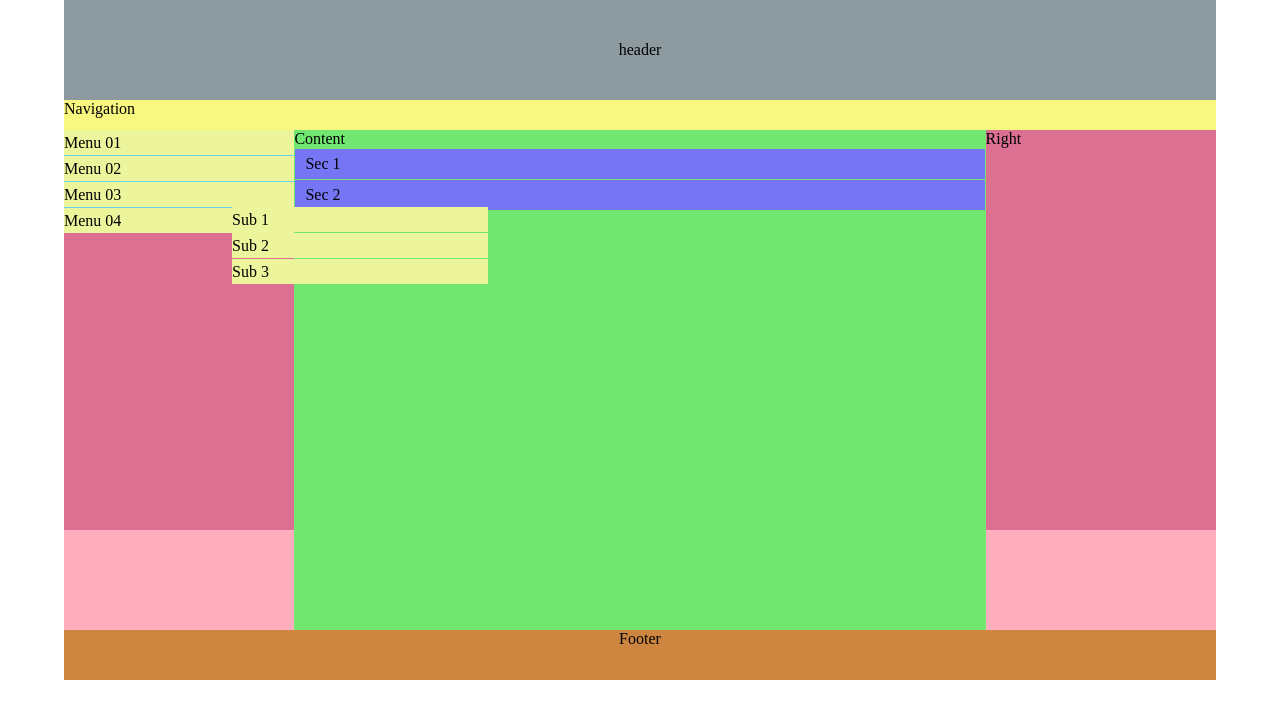
Repository: cvTuananh/Wed-famework
Page: Lab04/lab04/demo04.html
An editor plug-in stored every save of this project. The page is shown before and after the next save, followed by the edit.
The browser window is 1280 px wide. The pictures show the whole page.

Above is the page before, as saved 2021-09-28 19:20:20.

After the next save:
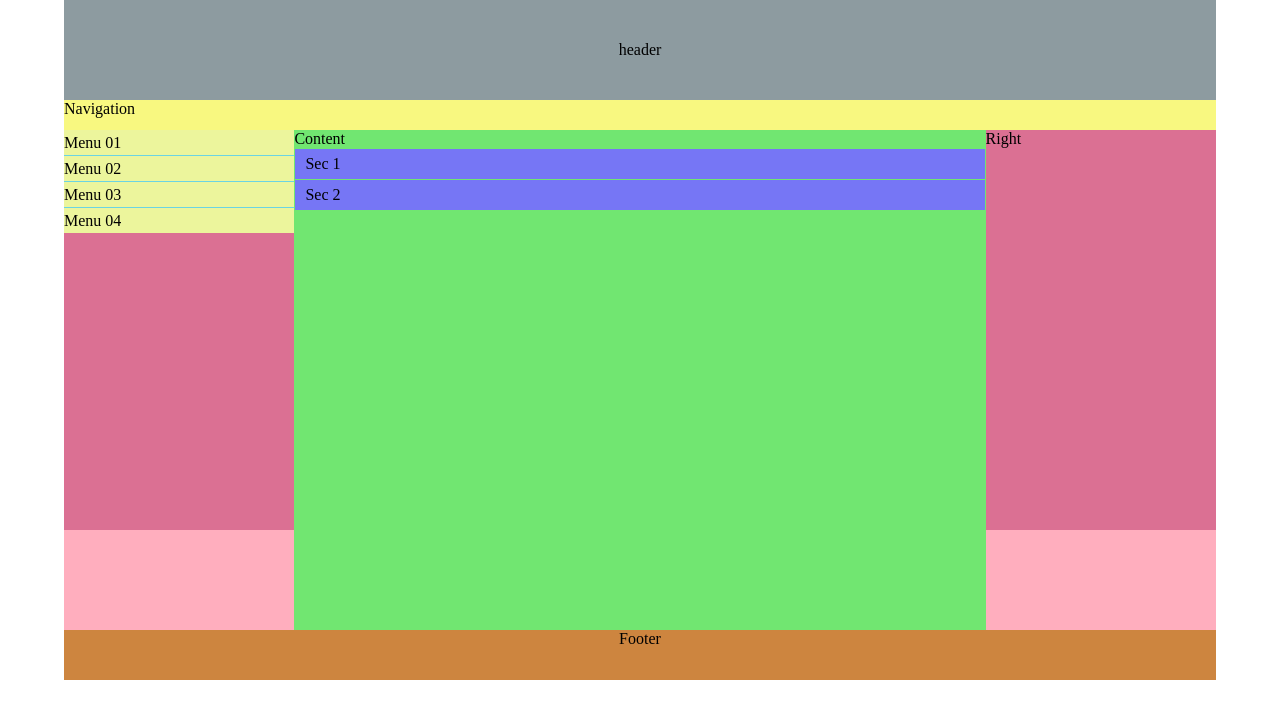
Saved 5 s later.
--- a/Lab04/lab04/demo04.css
+++ b/Lab04/lab04/demo04.css
@@ -67,7 +67,7 @@ section{
     margin:  0 0 0 10%;
     position: absolute;
     width: 20%;
-    visibility: hiddon;
+    visibility: hidden;
 }
 .menu li:hover .sub-menu{
     visibility: visible;
